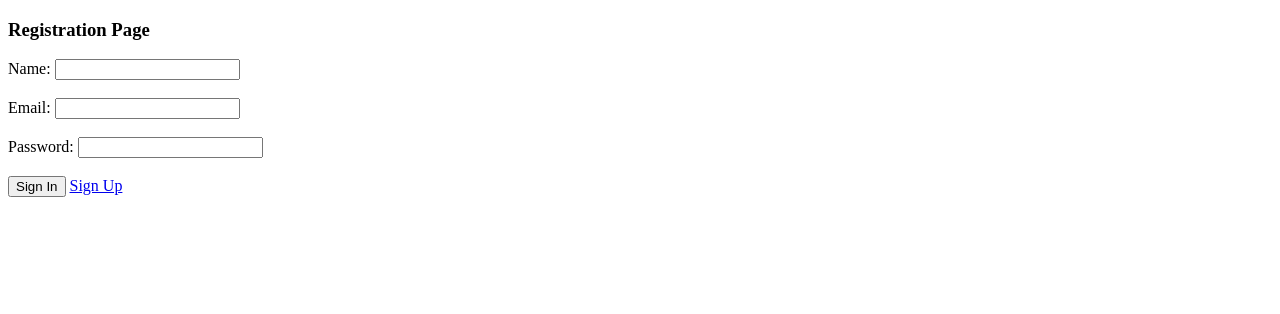
Repository: VinayBhirud/bookshop1
Page: bookshop1/src/main/webapp/register.html
The author's editor kept a copy of each file at every save. The page is drawn from the files as they stood at one save, then again after the next save.
The browser window is 1280 px wide. The pictures show the whole page.

Above is the page before, as saved 2023-06-20 13:05:06.

### bookshop1/src/main/webapp/register.html
<!DOCTYPE html>
<html>
<head>
<meta charset="UTF-8">
<title>Registration</title>
</head>
<body>
<h3>Registration Page</h3>
	<form method="post" action="login">
		Name: <input type="text" name="name"/><br><br>
		Email: <input type="text" name="email"/><br><br>
		Password: <input type="password" name="passwd"/><br/><br/>
		<input type="submit" value="Sign In"/>
		<a href="register.html">Sign Up</a>
	</form>
</body>
</html>

After the next save:
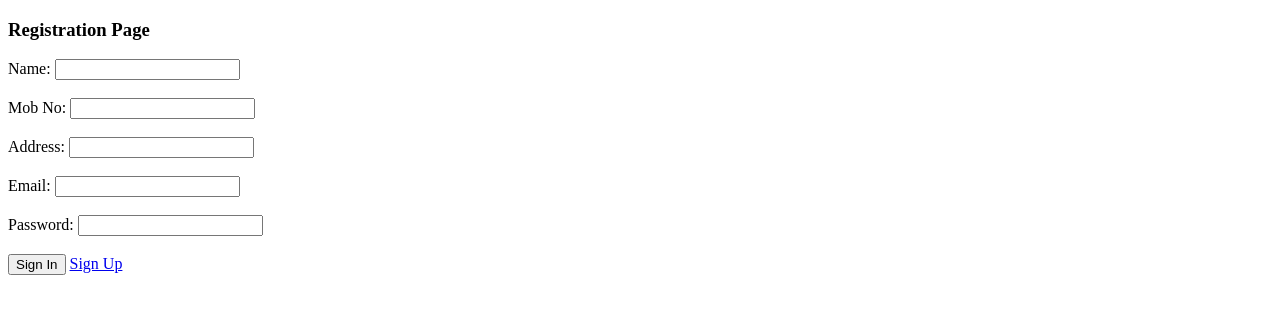
Saved 96 s later.
--- a/bookshop1/src/main/webapp/register.html
+++ b/bookshop1/src/main/webapp/register.html
@@ -8,6 +8,8 @@
 <h3>Registration Page</h3>
 	<form method="post" action="login">
 		Name: <input type="text" name="name"/><br><br>
+		Mob No: <input type="text" name="mobno"/><br><br>
+		Address: <input type="text" name="mobno"/><br><br>
 		Email: <input type="text" name="email"/><br><br>
 		Password: <input type="password" name="passwd"/><br/><br/>
 		<input type="submit" value="Sign In"/>
